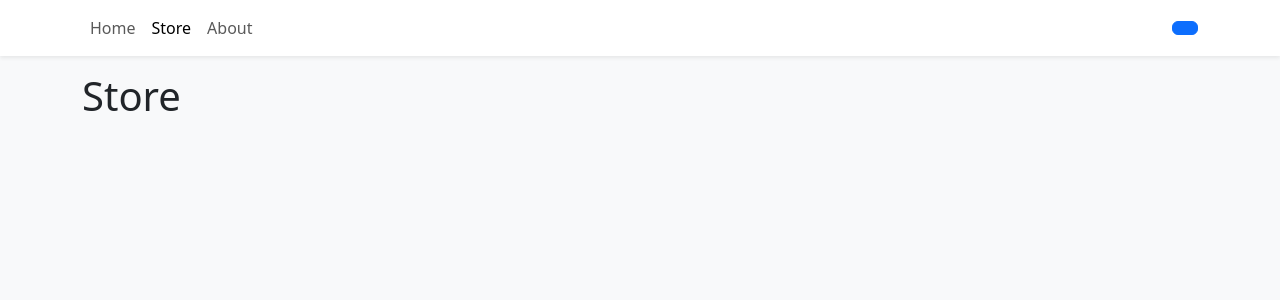
Repository: kurtveil/react-ecommerce
Page: /store
The author's editor kept a copy of each file at every save. The page is drawn from the files as they stood at one save, then again after the next save.
The browser window is 1280 px wide. The pictures show the whole page.
The project was rebuilt for these pictures with package versions that can differ from the ones it lists, and the page was loaded fresh each time. Also part of the build but not shown: vite.config.ts, src/pages/Home.tsx, src/pages/About.tsx.

Above is the page before, as saved 2023-07-12 19:37:13.

After the next save:
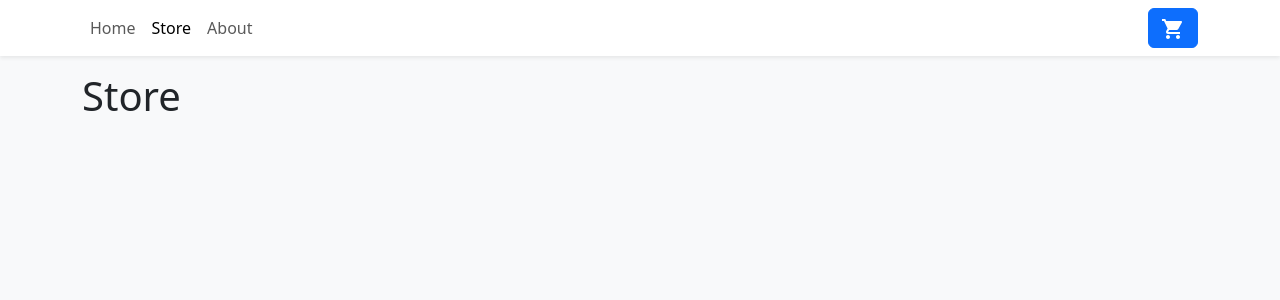
Saved 105 s later.
--- a/src/components/Navbar.tsx
+++ b/src/components/Navbar.tsx
@@ -1,5 +1,6 @@
 import {Container,Button,Nav,Navbar as NavbarBs} from 'react-bootstrap';
 import {NavLink}from 'react-router-dom';
+import ShoppingCartIcon from '@mui/icons-material/ShoppingCart';
 export default function Navbar() {
   return (
     <NavbarBs className='bg-white shadow-sm mb-3'>
@@ -15,7 +16,9 @@ export default function Navbar() {
                     About
                 </Nav.Link>
             </Nav>
-            <Button></Button>
+            <Button>
+            <ShoppingCartIcon/>
+            </Button>
         </Container>
     </NavbarBs>
   )
